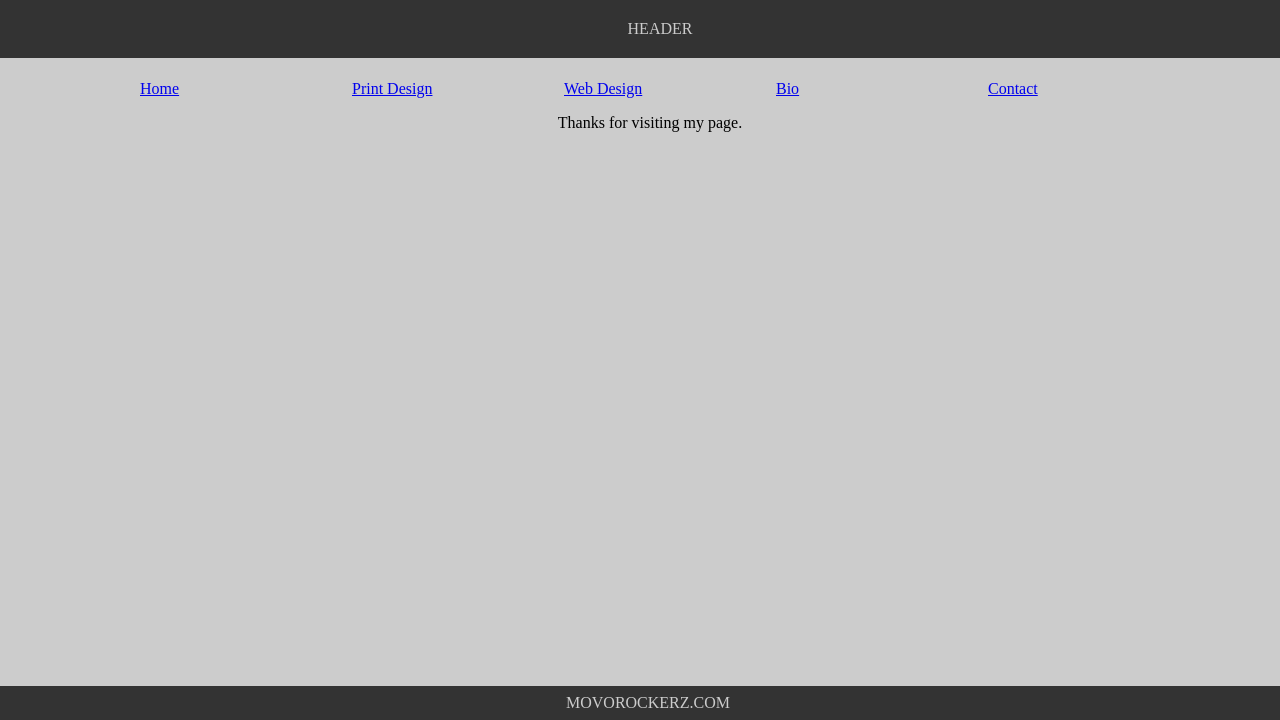
Repository: movitkr/testjava
Page: http://localhost/jsp/
An editor plug-in stored every save of this project. The page is shown before and after the next save, followed by the edit.
The browser window is 1280 px wide. The pictures show the whole page.
The page is served by Tomcat 9.

Above is the page before, as saved 2016-02-05 07:46:01.

After the next save:
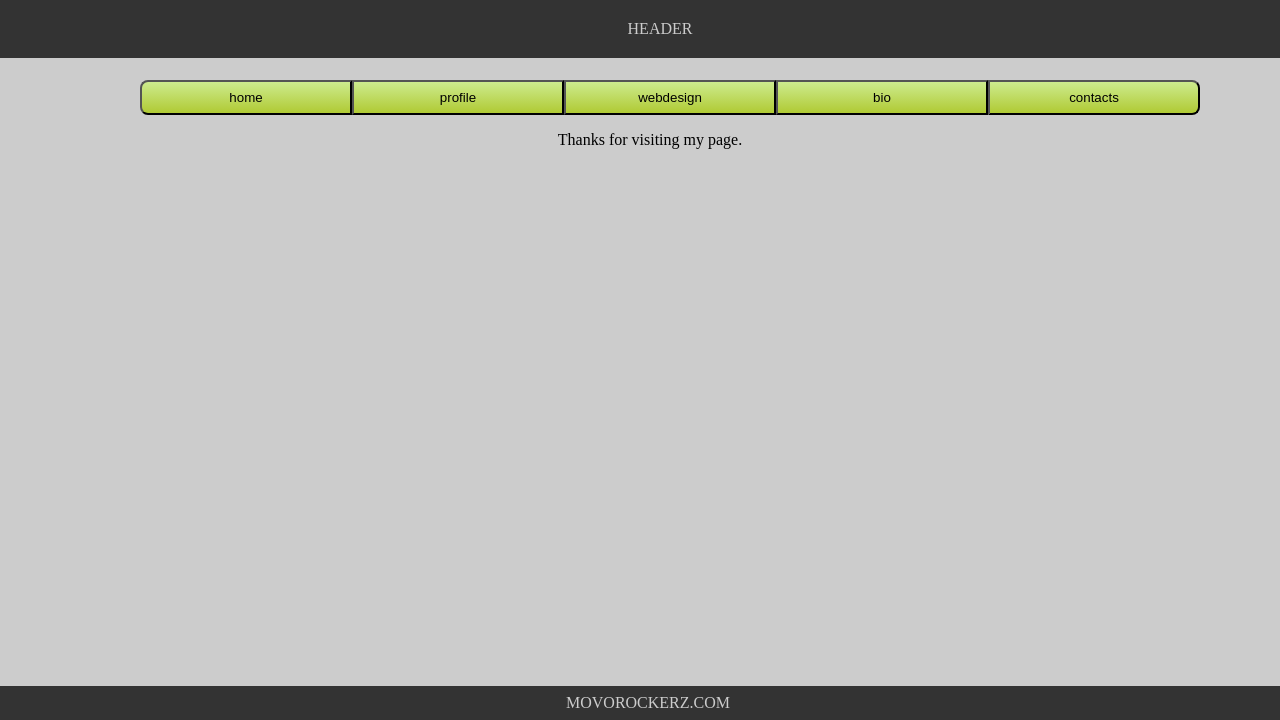
Saved 76 s later.
--- a/jsp/WebContent/nav.jsp
+++ b/jsp/WebContent/nav.jsp
@@ -8,22 +8,20 @@
 <nav>
   <ul>
     <li>
-       <a href="#">Home</a>
+       <input type="button" onclick="sayHello()" value="home"/>
     </li>
     <li>
-      <a href="#">Print Design</a>
+      <input type="submit" onclick="alert('profile')" value="profile">
     </li>
     <li>
-      <a href="#">Web Design</a>
+      <input type="submit" onclick="alert('webdesign')" value="webdesign">
     </li>
     <li>
-      <a href="#">Bio</a>
+      <input type="submit" onclick="alert('bio')" value="bio">
     </li>
     <li>
-      <a href="#">Contact</a>
+      <input type="submit" onclick="alert('contacts')" value="contacts">
     </li>
   </ul>
 </nav>
-<body>
-</body>
 </html>
